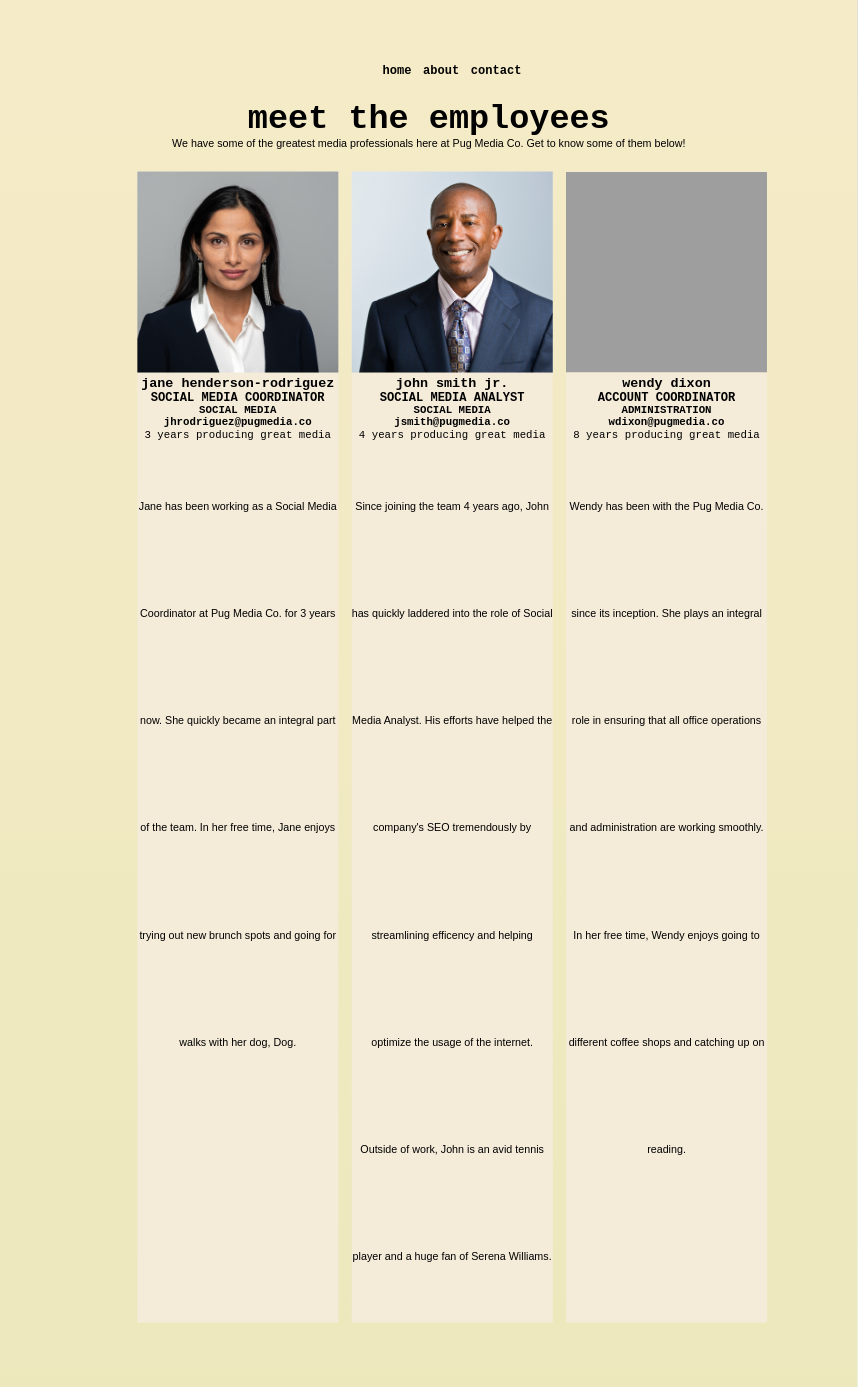
Repository: cheungglenda/MDIA2109-Week3
Page: /about
The author's editor kept a copy of each file at every save. The page is drawn from the files as they stood at one save, then again after the next save.
The browser window is 1280 px wide. The pictures show the whole page, at 67% of full size.
Pictures or frames that could not be fetched are drawn as grey boxes. The project was rebuilt for these pictures with package versions that can differ from the ones it lists, and the page was loaded fresh each time. The framework's server and built-in components were replaced by stand-ins that run in the browser. Also part of the build but not shown: next.config.js.

Above is the page before, as saved 2023-01-20 13:09:40.

After the next save:
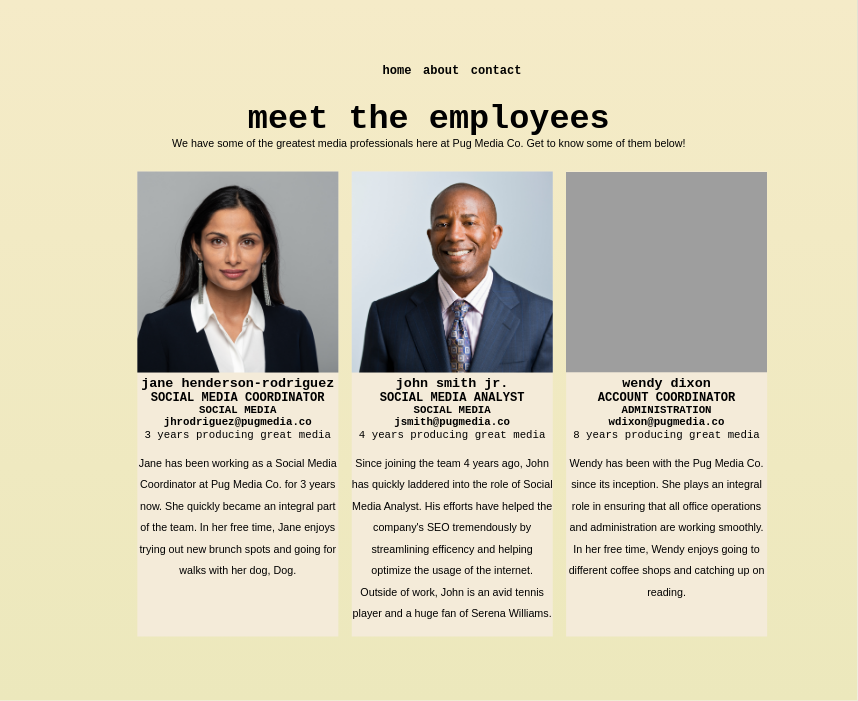
Saved 4 s later.
--- a/components/EmployeeCard/index.js
+++ b/components/EmployeeCard/index.js
@@ -25,7 +25,7 @@ export default function EmployeeCard({
             <h3 style={{fontFamily:"'Courier New', Courier, monospace", textTransform: "uppercase", fontSize: 16, fontweight:200}}>{department}</h3>
             <h3 style={{fontFamily:"'Courier New', Courier, monospace", textTransform: "lowercase", fontSize: 16, fontweight:500}}>{contact}</h3>
             <h4 style={{textTransform:"lowercase", fontSize:16, fontWeight:100}}>{yearsworked} years producing great media</h4><br></br>
-            <p style={{fontFamily: "Arial, Helvetica, sans-serif", lineHeight:10}}>{description}</p><br></br>
+            <p style={{fontFamily: "Arial, Helvetica, sans-serif", lineHeight:2}}>{description}</p><br></br>
         </div>
     )
 }
